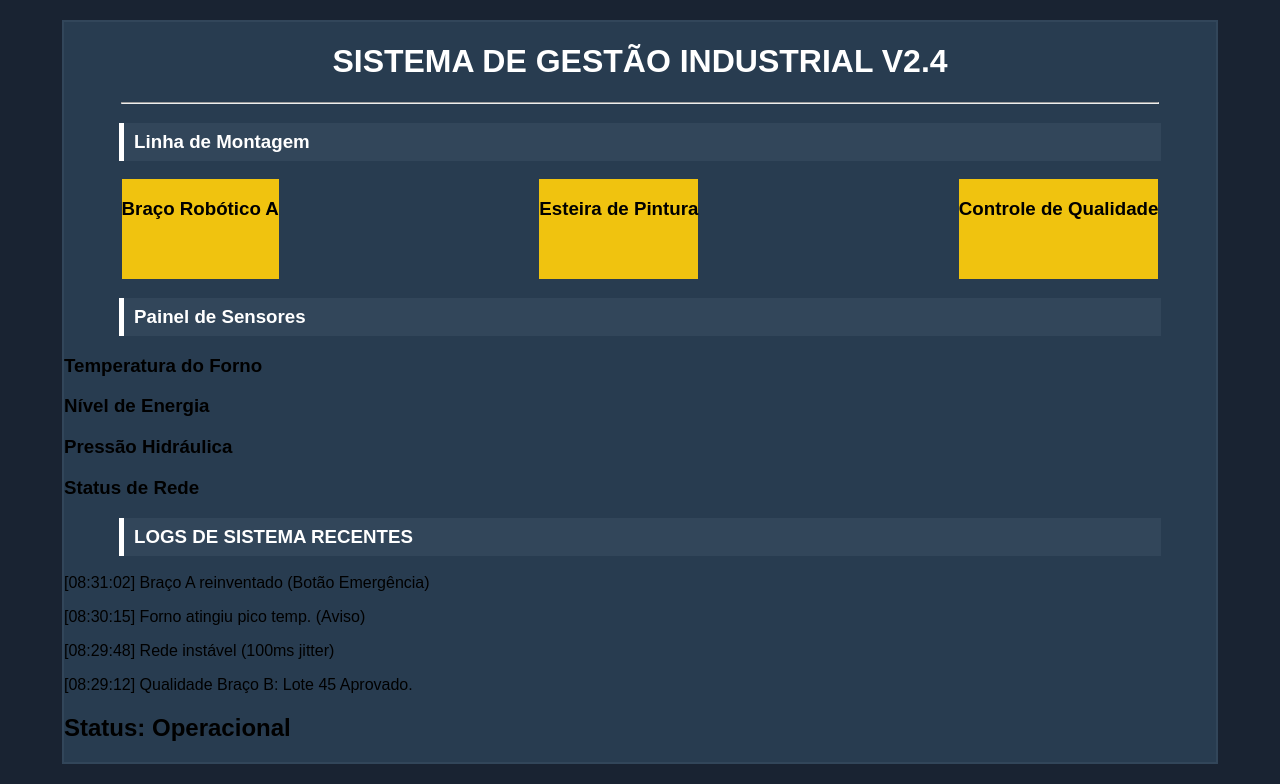
Repository: DanielEDapper/Front-WEG
Page: ProfeIgor/Aula5 - Dashboard Industrial/index.html
The author's editor kept a copy of each file at every save. The page is drawn from the files as they stood at one save, then again after the next save.
The browser window is 1280 px wide. The pictures show the whole page.
Some icons come from a web library that is not loaded, so they are not drawn.

Above is the page before, as saved 2026-05-29 19:34:45.

### ProfeIgor/Aula5 - Dashboard Industrial/index.html
<!DOCTYPE html>
<html lang="en">
<head>
    <meta charset="UTF-8">
    <meta name="viewport" content="width=device-width, initial-scale=1.0">
    <link rel="stylesheet" href="style.css">
    <link rel='stylesheet' href='https://cdn-uicons.flaticon.com/4.0.0/uicons-bold-straight/css/uicons-bold-straight.css'>
    <title>Sistema de gestão Industrial</title>
</head>
<body>
    <div id="wrapper">
        <div id="header">
            <h1>SISTEMA DE GESTÃO INDUSTRIAL V2.4</h1>
        </div>
        <hr>
        <div id="main">
            <div class="container-main">

                <div class="titulo-sessao">
                    <h3>Linha de Montagem</h3>
                </div>
                <div class="container-montagem">
                    <div class="card">
                        <h3>Braço Robótico A</h3>
                        <i class="fi fi-bs-thumbtack"></i>
                    </div>
                    <div class="card">
                        <h3>Esteira de Pintura</h3>
                        <i class="fi fi-bs-arrow-right"></i>
                    </div>
                    <div class="card">
                        <h3>Controle de Qualidade</h3>
                        <i class="fi fi-bs-medal"></i>
                    </div>
                </div>


                <div class="titulo-sessao">
                    <h3>Painel de Sensores</h3>
                </div>
                <div class="container-sensores">
                    <div>
                        <h3>Temperatura do Forno</h3>
                        <i class="fi fi-bs-temperature-high"></i>
                    </div>
                    <div>
                        <h3>Nível de Energia</h3>
                        <i class="fi fi-bs-battery-half"></i>
                    </div>
                    <div>
                        <h3>Pressão Hidráulica</h3>
                        <i class="fi fi-bs-dashboard"></i>
                    </div>
                    <div>
                        <h3>Status de Rede</h3>
                        <i class="fi fi-bs-workflow-setting-alt"></i>
                    </div>
                </div>


                <div class="titulo-sessao">
                    <h3>LOGS DE SISTEMA RECENTES</h3>
                </div>
                <div class="container-logs">
                    <p>[08:31:02] Braço A reinventado (Botão Emergência)</p>
                    <p>[08:30:15] Forno atingiu pico temp. (Aviso)<p>
                    <p>[08:29:48] Rede instável (100ms jitter)</p>
                    <p>[08:29:12] Qualidade Braço B: Lote 45 Aprovado.</p>
                </div>
            </div>
        </div>
        <div id="footer">
            <h2>Status: Operacional</h2>
        </div>
    </div>
</body>
</html>

### ProfeIgor/Aula5 - Dashboard Industrial/style.css
:root{
    --bg-dark: #192332;
    --bg-main: #283C50;
    --bg-panel: #32465A;

    --warning: #F0C30F;
    --danger: #BE3728;
    --success: #2ECC71;

    --log-bg: #D2E6F5;

    --text: #FFFFFF;
    --text-secondary: #99A3AB;

    --accent-blue: #638CAB;
}

body{
    margin: 0;
    padding: 0;
    background-color: var(--bg-dark);
}

#wrapper{
    font-family: Arial, Helvetica, sans-serif;
    height: 90%;
    width: 90%;
    background-color: var(--bg-main);
    border: 2px solid var(--bg-panel);
    margin: 20px;
    justify-self: center;
}

#header{
    color: var(--text);
    text-align: center;
}

hr{
    width: 90%;
    font-weight: 400;
}

.titulo-sessao{
    background-color: var(--bg-panel);
    color: var(--text);
    width: 90%;
    justify-self: center;
    border-left: 5px solid var(--text);
}

.titulo-sessao h3{
    padding: 8px 0px 8px 10px;
}

.container-montagem{
    display: flex;
    width: 90%;
    justify-self: center;
    flex-basis: 400;
    height: 100px;
    justify-content: space-between;
    gap: 20px;
}

.card{
    background-color: var(--warning);
}

After the next save:
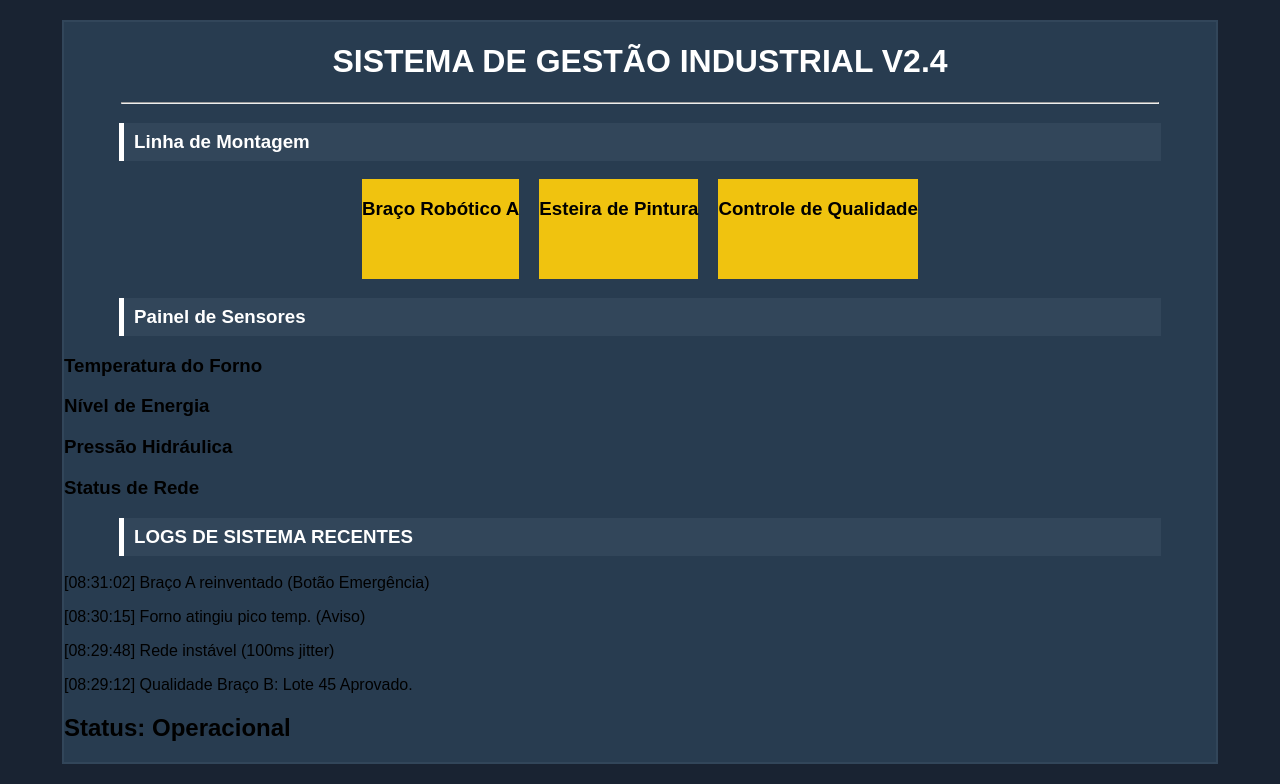
Saved 7 s later.
--- a/ProfeIgor/Aula5 - Dashboard Industrial/style.css
+++ b/ProfeIgor/Aula5 - Dashboard Industrial/style.css
@@ -55,7 +55,6 @@
 
 .container-montagem{
     display: flex;
-    width: 90%;
     justify-self: center;
     flex-basis: 400;
     height: 100px;

After the save that followed:
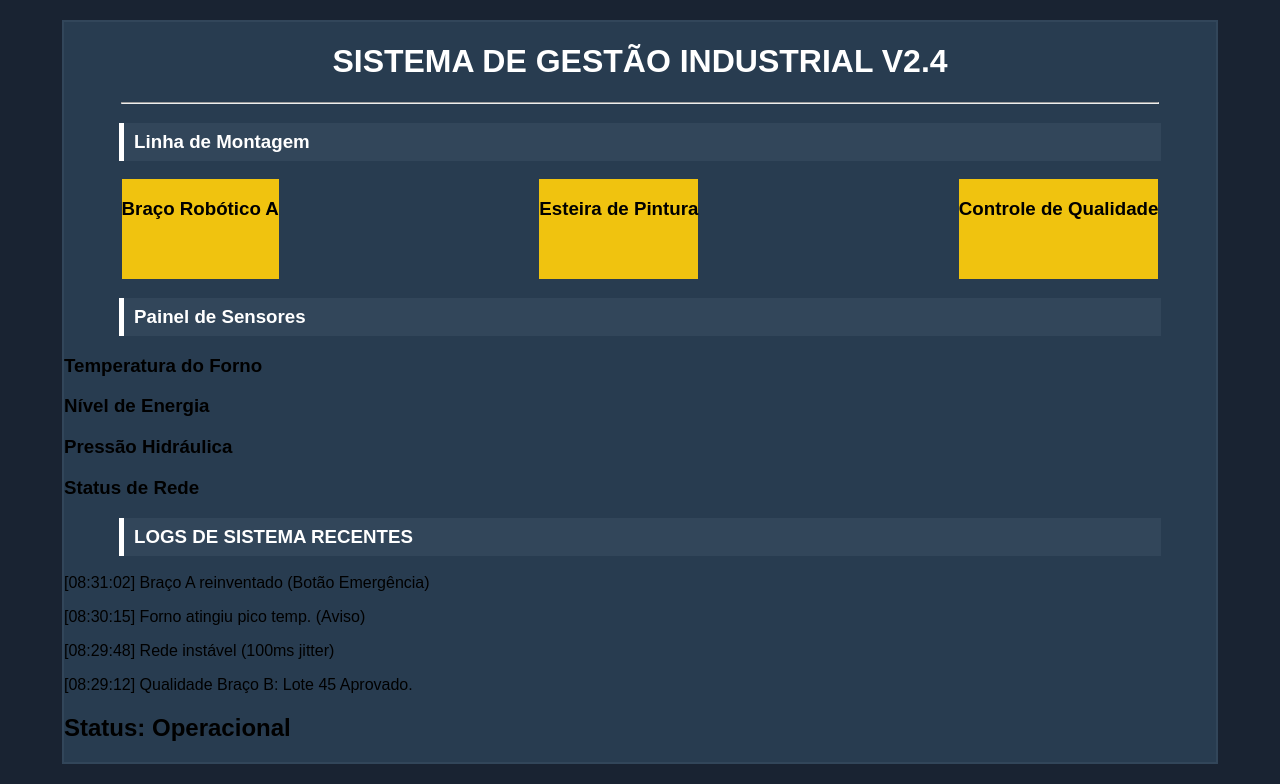
Saved 5 s later.
--- a/ProfeIgor/Aula5 - Dashboard Industrial/style.css
+++ b/ProfeIgor/Aula5 - Dashboard Industrial/style.css
@@ -55,6 +55,7 @@
 
 .container-montagem{
     display: flex;
+    width: 90%;
     justify-self: center;
     flex-basis: 400;
     height: 100px;
